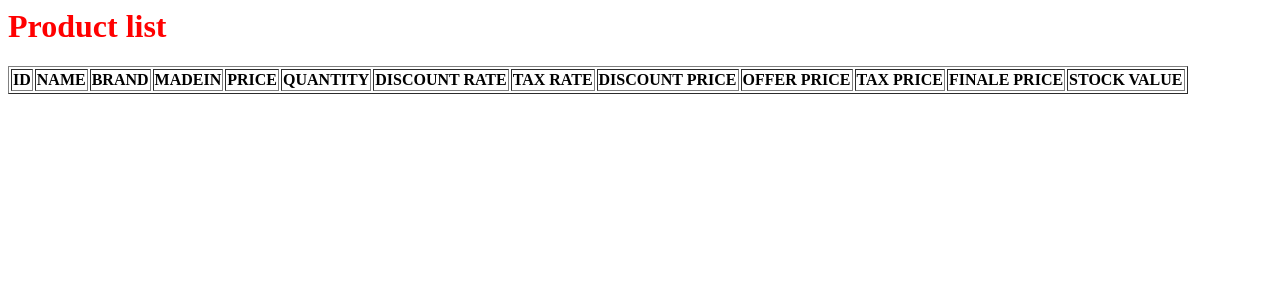
Repository: Lathadasari3010/SoftwareExamples
Page: http://localhost/product-list
These files come from the project's save history. The page is drawn as it stood at one moment and after the next save; the edit follows.
The browser window is 1280 px wide. The pictures show the whole page.
The page is this project's Thymeleaf template; nobody is signed in. The template is opened directly, without the code that normally fills it, so the values that code supplies are empty.

Above is the page before, as saved 2024-12-20 08:54:33.

After the next save:
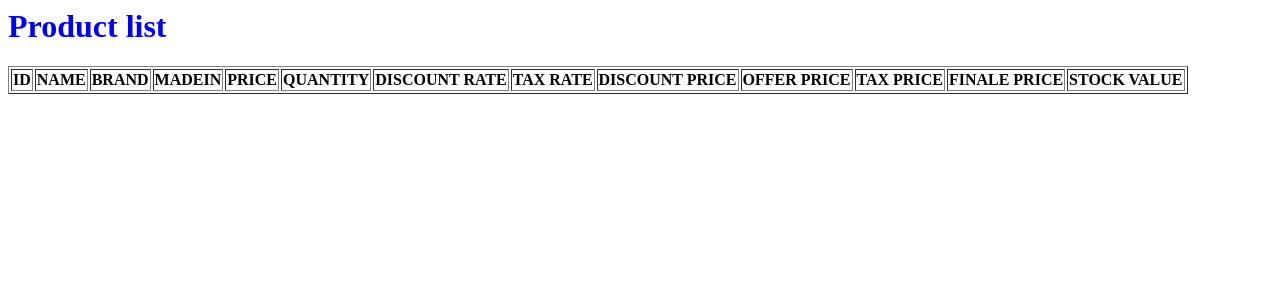
Saved 23 s later.
--- a/SpringBoot/src/main/resources/templates/product-list.html
+++ b/SpringBoot/src/main/resources/templates/product-list.html
@@ -4,7 +4,7 @@
 	</head>
 	<body>
 		<div>
-			<h1 style="color: red;">Product list</h1>
+			<h1 style="color:blue;">Product list</h1>
 			<table border="1">
 				<thead>
 					<tr>
